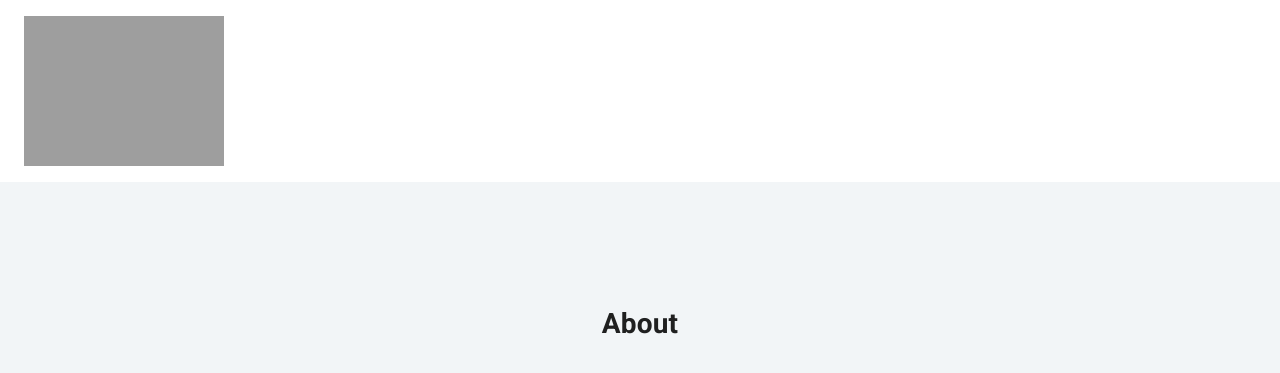
Repository: vinuvish/groundstandards_react
Page: /
An editor plug-in stored every save of this project. The page is shown before and after the next save, followed by the edit.
The browser window is 1280 px wide. The pictures show the whole page.
Pictures or frames that could not be fetched are drawn as grey boxes. The page's requests for data from a server got no answer. The project was rebuilt for these pictures with package versions that can differ from the ones it lists, and the page was loaded fresh each time. No one was signed in, and anything a server would have sent is missing. Also part of the build but not shown: src/pages/app/NotFoundPage.tsx, src/pages/app/SignUpPage.tsx, src/pages/app/AboutPage.tsx, src/pages/app/OurSolutionPage.tsx, src/pages/app/OurPartnerPage.tsx, src/pages/app/ResourcePage.tsx, src/pages/app/PressPage.tsx, src/pages/app/BlockPage.tsx and 1 more.

Above is the page before, as saved 2020-11-25 22:51:18.

### public/index.html
<!DOCTYPE html>
<html lang="en">
  <head>
    <meta charset="utf-8" />
    <link rel="icon" href="%PUBLIC_URL%/favicon.png" />
    <meta name="viewport" content="width=device-width, initial-scale=1" />
    <meta name="theme-color" content="#000000" />
    <meta name="description" content="Web site created using create-react-app" />
    <link rel="apple-touch-icon" href="%PUBLIC_URL%/logo192.png" />
    <link rel="stylesheet" href="https://fonts.googleapis.com/css?family=Roboto:300,400,500,700&display=swap" />
    <link rel="stylesheet" href="https://fonts.googleapis.com/icon?family=Material+Icons" />
    <!--
      manifest.json provides metadata used when your web app is installed on a
      user's mobile device or desktop. See https://developers.google.com/web/fundamentals/web-app-manifest/
    -->
    <link rel="manifest" href="%PUBLIC_URL%/manifest.json" />
    <!--
      Notice the use of %PUBLIC_URL% in the tags above.
      It will be replaced with the URL of the `public` folder during the build.
      Only files inside the `public` folder can be referenced from the HTML.

      Unlike "/favicon.ico" or "favicon.ico", "%PUBLIC_URL%/favicon.ico" will
      work correctly both with client-side routing and a non-root public URL.
      Learn how to configure a non-root public URL by running `npm run build`.
    -->
    <title>Ground Standard</title>
  </head>
  <body>
    <noscript>You need to enable JavaScript to run this app.</noscript>
    <div id="root"></div>
    <!--
      This HTML file is a template.
      If you open it directly in the browser, you will see an empty page.

      You can add webfonts, meta tags, or analytics to this file.
      The build step will place the bundled scripts into the <body> tag.

      To begin the development, run `npm start` or `yarn start`.
      To create a production bundle, use `npm run build` or `yarn build`.
    -->
  </body>
</html>

### src/App.tsx
import { CssBaseline, MuiThemeProvider, StylesProvider } from '@material-ui/core';
import { SnackbarProvider } from 'notistack';
import React from 'react';
import { theme } from './app_utils/MuiTheme';
import AppRouterRoutes from './AppRoutes';
import { useAppStore } from './models_stores/appStore';

function App() {
  const streamAuthUser = useAppStore((state) => state.streamAuthUser);
  const streamProducts = useAppStore((state) => state.streamDocuments);
  const streamCategories = useAppStore((state) => state.streamNotifications);
  const streamUsers = useAppStore((state) => state.streamUsers);

  React.useEffect(() => {
    streamAuthUser();
    streamCategories();
    streamUsers();
    streamProducts();
  }, []); // eslint-disable-line

  return (
    <SnackbarProvider maxSnack={3} anchorOrigin={{ vertical: 'bottom', horizontal: 'right' }}>
      <MuiThemeProvider theme={theme}>
        <CssBaseline />
        <StylesProvider injectFirst>
          <AppRouterRoutes></AppRouterRoutes>
        </StylesProvider>
      </MuiThemeProvider>
    </SnackbarProvider>
  );
}

export default App;

### src/app_utils/MuiTheme.tsx
import { createMuiTheme } from '@material-ui/core/styles';
import { BreakpointOverrides } from '@material-ui/core/styles/createBreakpoints';
import { Shadows } from '@material-ui/core/styles/shadows';

declare module '@material-ui/core/styles/createBreakpoints' {
  interface BreakpointOverrides {
    xs: true;
    sm: true;
    md: true;
    lg: true;
    xl: true;
    tablet: true;
    laptop: true;
    desktop: true;
  }
}

export const theme = createMuiTheme({
  breakpoints: {
    values: { xs: 0, sm: 600, md: 960, lg: 1280, xl: 1920, tablet: 400, laptop: 900, desktop: 1200 }
  },

  shadows: Array(25).fill('none') as Shadows,

  props: {
    MuiInput: { disableUnderline: true },
    MuiButton: { disableElevation: true },
    MuiButtonBase: { disableRipple: true },
    MuiPaper: { elevation: 0 },
    MuiCard: { elevation: 0 },
    MuiDivider: { color: 'white' },
    MuiOutlinedInput: {}
  },
  overrides: {
    MuiPaper: {
      root: {
        elevation: 0
      }
    },
    MuiCard: {
      root: {
        elevation: 0
      }
    },
    MuiButton: {
      root: {
        textTransform: 'capitalize'
      }
    }
  },
  palette: {
    background: {
      default: '#F2F5F7'
    }
  }
});

export const breakpoint = {
  xs: `(min-width: 0px)`,
  sm: `(min-width: 576px)`,
  md: `(min-width: 768px)`,
  lg: `(min-width: 992px)`,
  xl: `(min-width: 1200px)`
};

### src/AppRoutes.tsx
import { Container, createStyles, Grid, makeStyles, Theme } from '@material-ui/core';
import React from 'react';
import { Route, Router, Switch } from 'react-router-dom';
import ZAppBar from './components/ZAppBar';
import ZAppBarDrawer from './components/ZAppBarDrawer';
import NotFoundPage from './pages/app/NotFoundPage';
import SignUpPage from './pages/app/SignUpPage';
import history from './app_utils/History';
import AboutPage from './pages/app/AboutPage';
import OurSolutionPage from './pages/app/OurSolutionPage';
import OurPartnerPage from './pages/app/OurPartnerPage';
import ResourcePage from './pages/app/ResourcePage';
import PressPage from './pages/app/PressPage';
import BlockPage from './pages/app/BlockPage';
import ContactPage from './pages/app/ContactPage';
import AppHomePage from './pages/app/AppHomePage';

const AppRouterRoutes = () => {
  const classes = useStyles();

  return (
    <Router history={history}>

      <ZAppBar />
      <Switch>{[AppRoutes]}</Switch>
    </Router>


  );
};


const AppRoutes = [
  <Route exact path='/' component={AppHomePage} />,
  <Route exact path='/aboutUs' component={AboutPage} />,
  <Route exact path='/signUp' component={SignUpPage} />,
  <Route exact path='/ourSolution' component={OurSolutionPage} />,
  <Route exact path='/ourPartner' component={OurPartnerPage} />,
  <Route exact path='/resource' component={ResourcePage} />,
  <Route exact path='/press' component={PressPage} />,
  <Route exact path='/blog' component={BlockPage} />,
  <Route exact path='/contact' component={ContactPage} />,
  <Route component={NotFoundPage} />
];

const useStyles = makeStyles((theme: Theme) =>
  createStyles({
    grid: {
      display: 'flex'
    },
    containerAuthenticated: {
      margin: 'auto',
      marginTop: 68,
      padding: 20,
      width: `calc(100% - 240px)`,
      [theme.breakpoints.down('md')]: {
        width: '100%'
      }
    },
    containerUnauthenticated: {}
  })
);

export default AppRouterRoutes;

### src/models_stores/appStore.ts
import { mountStoreDevtool } from 'simple-zustand-devtools';
import create from 'zustand';
import { fireAuth, fireFirestore } from '../firebase/firebase';
import { AuthUser } from '../models/AuthUserModel';
import { DocumentModel } from '../models/DocumentModel';
import { NotificationModel } from '../models/NotificationModel';

type State = {
  documents: DocumentModel[];
  streamDocuments: () => void;

  notifications: NotificationModel[];
  streamNotifications: () => void;

  users: AuthUser[];
  streamUsers: () => void;

  isInitializing?: boolean;
  authUser: AuthUser | null;
  streamAuthUser: () => void;
};

export const useAppStore = create<State>((set, get) => ({
  /* ------------------------------ NOTE AUTHUSER ----------------------------- */
  isInitializing: true,
  authUser: null,

  streamAuthUser: () => {
    fireAuth.onAuthStateChanged(async (user) => {
      if (user) {
        const query = await fireFirestore.collection('users').doc(user.uid).get();

        const authUser = AuthUser.fromFirestore(query);

        set((state) => {
          return { ...state, authUser: authUser, isInitializing: false };
        });
      } else {
        set((state) => {
          return { ...state, authUser: null, isInitializing: false };
        });
      }
    });
  },

  /* ------------------------------ NOTE Users ----------------------------- */
  users: [],

  streamUsers: () => {
    if (get().users.length === 0)
      fireFirestore.collection('users').onSnapshot((querySnapshot: firebase.firestore.QuerySnapshot<firebase.firestore.DocumentData>) => {
        let users: AuthUser[] = [];
        querySnapshot.docs.forEach((docSnapshot) => {
          const res = AuthUser.fromFirestore(docSnapshot);
          if (res) users.push(res);
        });

        set((state) => {
          return { ...state, users: users };
        });
      });
  },
  /* ------------------------------ NOTE PRODUCTS ----------------------------- */
  documents: [],

  streamDocuments: () => {
    if (get().documents.length === 0)
      fireFirestore
        .collection('documents')
        .limit(200)
        .onSnapshot((querySnapshot: firebase.firestore.QuerySnapshot<firebase.firestore.DocumentData>) => {
          let documents: DocumentModel[] = [];

          querySnapshot.docs.forEach((docSnapshot) => {
            const res = DocumentModel.fromFirestore(docSnapshot);
            if (res) documents.push(res);
          });

          set((state) => {
            return { ...state, documents: documents };
          });
        });
  },

  notifications: [],
  streamNotifications: () => {
    if (get().notifications.length === 0)
      fireFirestore.collection('notifications').onSnapshot((querySnapshot: firebase.firestore.QuerySnapshot<firebase.firestore.DocumentData>) => {
        let notifications: NotificationModel[] = [];

        querySnapshot.docs.forEach((docSnapshot) => {
          const res = NotificationModel.fromFirestore(docSnapshot);
          if (res) notifications.push(res);
        });

        set((state) => {
          return { ...state, notifications: notifications };
        });
      });
  }
}));

if (process.env.NODE_ENV === 'development') {
  mountStoreDevtool('Store', useAppStore);
}

### src/components/ZAppBar.tsx
import AppBar from '@material-ui/core/AppBar';
import Badge from '@material-ui/core/Badge';
import IconButton from '@material-ui/core/IconButton';
import Menu from '@material-ui/core/Menu';
import MenuItem from '@material-ui/core/MenuItem';
import { createStyles, makeStyles, Theme } from '@material-ui/core/styles';
import Toolbar from '@material-ui/core/Toolbar';
import Typography from '@material-ui/core/Typography';
import AccountCircle from '@material-ui/icons/AccountCircle';
import MailIcon from '@material-ui/icons/Mail';
import MenuIcon from '@material-ui/icons/Menu';
import MoreIcon from '@material-ui/icons/MoreVert';
import NotificationsIcon from '@material-ui/icons/Notifications';
import React from 'react';
import { fireFirebase } from '../firebase/firebase';
import ZAppBarDrawerTemp from './ZAppBarDrawerTemp';
import history from '../app_utils/History';

export default function ZAppBar() {
  const classes = useStyles();
  const [drawerTemporary, setDrawerTemporary] = React.useState(false);
  const [anchorEl, setAnchorEl] = React.useState<null | HTMLElement>(null);
  const [mobileMoreAnchorEl, setMobileMoreAnchorEl] = React.useState<null | HTMLElement>(null);

  const isMenuOpen = Boolean(anchorEl);
  const isMobileMenuOpen = Boolean(mobileMoreAnchorEl);

  const handleTemporaryDrawer = () => {
    setDrawerTemporary((prev) => !prev);
  };

  const handleProfileMenuOpen = (event: React.MouseEvent<HTMLElement>) => {
    setAnchorEl(event.currentTarget);
  };

  const handleMobileMenuClose = () => {
    setMobileMoreAnchorEl(null);
  };

  const handleMenuClose = () => {
    setAnchorEl(null);
    handleMobileMenuClose();
  };

  const handleMobileMenuOpen = (event: React.MouseEvent<HTMLElement>) => {
    setMobileMoreAnchorEl(event.currentTarget);
  };

  const signOut = async () => {
    await fireFirebase.auth().signOut();
    history.push('/signIn');
  };

  const menuId = 'primary-search-account-menu';
  const renderMenu = (
    <Menu
      anchorEl={anchorEl}
      anchorOrigin={{ vertical: 'top', horizontal: 'right' }}
      id={menuId}
      keepMounted
      transformOrigin={{ vertical: 'top', horizontal: 'right' }}
      open={isMenuOpen}
      onClose={handleMenuClose}
    >
      <MenuItem
        onClick={() => {
          handleMenuClose();
          signOut();
        }}
      >
        Sign Out
      </MenuItem>
    </Menu>
  );

  const mobileMenuId = 'primary-search-account-menu-mobile';
  const renderMobileMenu = (
    <Menu
      anchorEl={mobileMoreAnchorEl}
      anchorOrigin={{ vertical: 'top', horizontal: 'right' }}
      id={mobileMenuId}
      keepMounted
      transformOrigin={{ vertical: 'top', horizontal: 'right' }}
      open={isMobileMenuOpen}
      onClose={handleMobileMenuClose}
    >
      <MenuItem>
        <IconButton aria-label='show 4 new mails' color='inherit'>
          <Badge badgeContent={4} color='secondary'>
            <MailIcon />
          </Badge>
        </IconButton>
        <p>Messages</p>
      </MenuItem>
      <MenuItem>
        <IconButton aria-label='show 11 new notifications' color='inherit'>
          <Badge badgeContent={11} color='secondary'>
            <NotificationsIcon />
          </Badge>
        </IconButton>
        <p>Notifications</p>
      </MenuItem>
      <MenuItem onClick={handleProfileMenuOpen}>
        <IconButton aria-label='account of current user' aria-controls='primary-search-account-menu' aria-haspopup='true' color='inherit'>
          <AccountCircle />
        </IconButton>
        <p>Profile</p>
      </MenuItem>
    </Menu>
  );

  return (
    <div className={classes.grow}>
      <AppBar className={classes.appBar} position='fixed' elevation={2} color="inherit">
        <Toolbar className={classes.toolBar} >
          <img src="http://groundstandards.com/wp-content/uploads/GS-logo-300.png" alt="logo" className={classes.logo} />


        </Toolbar>


      </AppBar>

    </div>
  );
}

const useStyles = makeStyles((theme: Theme) =>
  createStyles({
    appBar: {
      zIndex: theme.zIndex.drawer + 1
    },
    grow: {
      flexGrow: 1
    },
    menuButton: {
      display: 'none',
      marginRight: theme.spacing(2),
      [theme.breakpoints.down('md')]: {
        display: 'flex'
      }
    },
    title: {
      display: 'block'
    },

    content: {
      flexGrow: 1,
      padding: theme.spacing(3)
    },
    sectionDesktop: {
      display: 'flex',
      [theme.breakpoints.down('md')]: {
        display: 'none'
      }
    },
    sectionMobile: {
      display: 'none',
      [theme.breakpoints.down('md')]: {
        display: 'flex'
      }
    },
    logo: {
      maxWidth: 200,
    },
    toolBar: {
      minHeight: 100,
      alignItems: 'flex',
      paddingTop: theme.spacing(2),
      paddingBottom: theme.spacing(2),
      marginRight: theme.spacing(5),
    }
  })
);

### src/app_utils/History.tsx
import { createBrowserHistory } from 'history';
export default createBrowserHistory({});

### src/pages/app/AppHomePage.tsx

import * as React from 'react';
import { makeStyles, Theme } from '@material-ui/core/styles';

interface Props { }

const AppHomePage: React.FC<Props> = () => {
    const classes = useStyles();
    return <div
        style={{
            display: 'flex',
            justifyContent: 'center',
            alignItems: 'center',
            height: '90vh'
        }}
    >
        <h1>About</h1>
    </div>
};

const useStyles = makeStyles((theme: Theme) => ({
    root: {}
}));

AppHomePage.defaultProps = {};

export default AppHomePage;

### src/firebase/firebase.tsx
import firebase from 'firebase/app';
import 'firebase/firestore';
import 'firebase/auth';
import 'firebase/storage';

const firebaseConfig = {
  apiKey: 'AIzaSyBWf1JYtcld5rEhou2YyANxAtl20AylP80',
  authDomain: 'groundstandards-8a1dd.firebaseapp.com',
  databaseURL: 'https://groundstandards-8a1dd.firebaseio.com',
  projectId: 'groundstandards-8a1dd',
  storageBucket: 'groundstandards-8a1dd.appspot.com',
  messagingSenderId: '137110708999',
  appId: '1:137110708999:web:ab0b42be7878425a805ba2',
  measurementId: 'G-V8H0LZB9DH'
};

if (!firebase.apps.length) firebase.initializeApp(firebaseConfig);

const firestore = firebase.firestore();
const auth = firebase.auth();

export { firebase as fireFirebase, firestore as fireFirestore, auth as fireAuth };

### src/models/AuthUserModel.ts
export class AuthUser implements IAuthUser {
  email: string;
  firstName: string;
  id: string;
  lastName: string;
  isActive: boolean;
  isAdmin: boolean;
  timestampAdded: Date;
  timestampLastLogin: Date;

  constructor(x: IAuthUser) {
    this.email = x.email;
    this.firstName = x.firstName;
    this.id = x.id;
    this.lastName = x.lastName;
    this.isActive = x.isActive;
    this.isAdmin = x.isAdmin;
    this.timestampAdded = x.timestampAdded;
    this.timestampLastLogin = x.timestampLastLogin;
  }

  static fromFirestore(doc: firebase.firestore.DocumentSnapshot<firebase.firestore.DocumentData>): AuthUser | null {
    const data = doc.data();
    if (!data) return null;

    return new AuthUser({
      email: data['email'] ?? '',
      firstName: data['firstName'] ?? '',
      id: doc.id,
      lastName: data['lastName'] ?? '',
      isActive: data['isActive'] ?? true,
      isAdmin: data['isAdmin'] ?? false,
      timestampAdded: data['timestampAdded']?.toDate() ?? new Date(),
      timestampLastLogin: data['timestampLastLogin']?.toDate() ?? new Date()
    });
  }

  getFullName(): string {
    return `${this.firstName} ${this.lastName}`;
  }
}

interface IAuthUser {
  email: string;
  firstName: string;
  id: string;
  lastName: string;
  isActive: boolean;
  isAdmin: boolean;
  timestampAdded: Date;
  timestampLastLogin: Date;
}
export interface IAuthUserRegister {
  email: string;
  firstName: string;
  lastName: string;
  password: string;
  isAdmin: boolean;
}

export interface IAuthUserUpdate {
  id: string;
  firstName: string;
  lastName: string;
  isActive: boolean;
  isAdmin: boolean;
}

### src/models/DocumentModel.ts
export class DocumentModel implements IEventModel {
  driversLicenseFront: DocumentItem | null;
  driversLicenseBack: DocumentItem | null;
  driversInsuranceCardFront: DocumentItem | null;
  driversInsuranceCardBack: DocumentItem | null;
  driversVehicleRegistrationFront: DocumentItem | null;
  driversVehicleRegistrationBack: DocumentItem | null;
  driversTaxiLimousineIdFront: DocumentItem | null;
  driversTaxiLimousineIdBack: DocumentItem | null;
  driversPicture: DocumentItem | null;
  id: string;
  uid: string;
  email: string;
  firstName: string;
  lastName: string;
  timestampCreated: Date;
  state: string;
  note: string;

  constructor(x: IEventModel) {
    {
      this.driversInsuranceCardBack = x.driversInsuranceCardBack;
      this.driversInsuranceCardFront = x.driversInsuranceCardFront;
      this.driversLicenseBack = x.driversLicenseBack;
      this.driversLicenseFront = x.driversLicenseFront;
      this.driversPicture = x.driversPicture;
      this.driversTaxiLimousineIdBack = x.driversTaxiLimousineIdBack;
      this.driversTaxiLimousineIdFront = x.driversTaxiLimousineIdFront;
      this.driversVehicleRegistrationBack = x.driversVehicleRegistrationBack;
      this.driversVehicleRegistrationFront = x.driversVehicleRegistrationFront;
      this.email = x.email;
      this.firstName = x.firstName;
      this.id = x.id;
      this.lastName = x.lastName;
      this.note = x.note;
      this.state = x.state;
      this.timestampCreated = x.timestampCreated;
      this.uid = x.uid;
    }
  }

  getFullName(): string {
    return `${this.firstName} ${this.lastName}`;
  }

  getTotalDocuments(): string {
    let totaldocuments = 0;
    if (this.driversInsuranceCardBack?.imageUrl) totaldocuments += 1;
    if (this.driversInsuranceCardFront?.imageUrl) totaldocuments += 1;
    if (this.driversLicenseBack?.imageUrl) totaldocuments += 1;
    if (this.driversLicenseFront?.imageUrl) totaldocuments += 1;
    if (this.driversTaxiLimousineIdBack?.imageUrl) totaldocuments += 1;
    if (this.driversTaxiLimousineIdFront?.imageUrl) totaldocuments += 1;
    if (this.driversVehicleRegistrationBack?.imageUrl) totaldocuments += 1;
    if (this.driversVehicleRegistrationFront?.imageUrl) totaldocuments += 1;
    if (this.driversPicture?.imageUrl) totaldocuments += 1;
    return `${totaldocuments}/9 documents`;
  }

  static fromFirestore(doc: firebase.firestore.DocumentSnapshot<firebase.firestore.DocumentData>): DocumentModel | null {
    const data = doc.data();
    if (!data) return null;
    return new DocumentModel({
      id: doc.id,
      driversInsuranceCardBack: DocumentItem.fromMap(data['driversInsuranceCardBack']),
      driversInsuranceCardFront: DocumentItem.fromMap(data['driversInsuranceCardFront']),
      driversLicenseBack: DocumentItem.fromMap(data['driversLicenseBack']),
      driversLicenseFront: DocumentItem.fromMap(data['driversLicenseFront']),
      driversPicture: DocumentItem.fromMap(data['driversPicture']),
      driversTaxiLimousineIdBack: DocumentItem.fromMap(data['driversTaxiLimousineIdBack']),
      driversTaxiLimousineIdFront: DocumentItem.fromMap(data['driversTaxiLimousineIdFront']),
      driversVehicleRegistrationBack: DocumentItem.fromMap(data['driversVehicleRegistrationBack']),
      driversVehicleRegistrationFront: DocumentItem.fromMap(data['driversVehicleRegistrationFront']),
      email: data['email'],
      firstName: data['firstName'],
      lastName: data['lastName'],
      note: data['note'],
      state: data['state'],
      timestampCreated: data['timestampCreated'].toDate() ?? new Date(),
      uid: data['uid']
    });
  }
}

interface IEventModel {
  driversLicenseFront: DocumentItem | null;
  driversLicenseBack: DocumentItem | null;
  driversInsuranceCardFront: DocumentItem | null;
  driversInsuranceCardBack: DocumentItem | null;
  driversVehicleRegistrationFront: DocumentItem | null;
  driversVehicleRegistrationBack: DocumentItem | null;
  driversTaxiLimousineIdFront: DocumentItem | null;
  driversTaxiLimousineIdBack: DocumentItem | null;
  driversPicture: DocumentItem | null;
  id: string;
  uid: string;
  email: string;
  firstName: string;
  lastName: string;
  timestampCreated: Date;
  state: string;
  note: string;
}

class DocumentItem implements IDocumentItem {
  isVerified: boolean;
  isRejected: boolean;
  imageUrl: string;
  timestampCreated: Date;

  constructor(x: IDocumentItem) {
    this.isRejected = x.isRejected;
    this.isVerified = x.isVerified;
    this.imageUrl = x.imageUrl;
    this.timestampCreated = x.timestampCreated;
  }

  toMap() {
    return {
      isVerified: this.isVerified,
      isRejected: this.isRejected,
      imageUrl: this.imageUrl,
      timestampCreated: this.timestampCreated
    };
  }

  static fromMap(map: any) {
    if (map == null) return null;

    return new DocumentItem({
      isVerified: map['isVerified'],
      isRejected: map['isRejected'],
      imageUrl: map['imageUrl'],
      timestampCreated: map['timestampCreated']?.toDate() ?? new Date()
    });
  }
}

interface IDocumentItem {
  isVerified: boolean;
  isRejected: boolean;
  imageUrl: string;
  timestampCreated: Date;
}

### src/models/NotificationModel.ts
export class NotificationModel implements IEventModel {
  body: string;
  title: string;
  linkUrl: string;
  id: string;
  timestampAdded: Date;

  constructor(x: IEventModel) {
    {
      this.id = x.id;
      this.linkUrl = x.linkUrl;
      this.body = x.body;
      this.timestampAdded = x.timestampAdded;
      this.title = x.title;
    }
  }

  static fromFirestore(doc: firebase.firestore.DocumentSnapshot<firebase.firestore.DocumentData>): NotificationModel | null {
    const data = doc.data();
    if (!data) return null;
    return new NotificationModel({
      body: data['body'] ?? '',
      id: doc.id,
      linkUrl: data['linkUrl'] ?? '',
      timestampAdded: data['timestampAdded']?.toDate() ?? Date.now(),
      title: data['title'] ?? ''
    });
  }
}

interface IEventModel {
  body: string;
  title: string;
  linkUrl: string;
  id: string;
  timestampAdded: Date;
}

Loaded but not shown: src/index.tsx (common file); src/styles/index.css (common file)

After the next save:
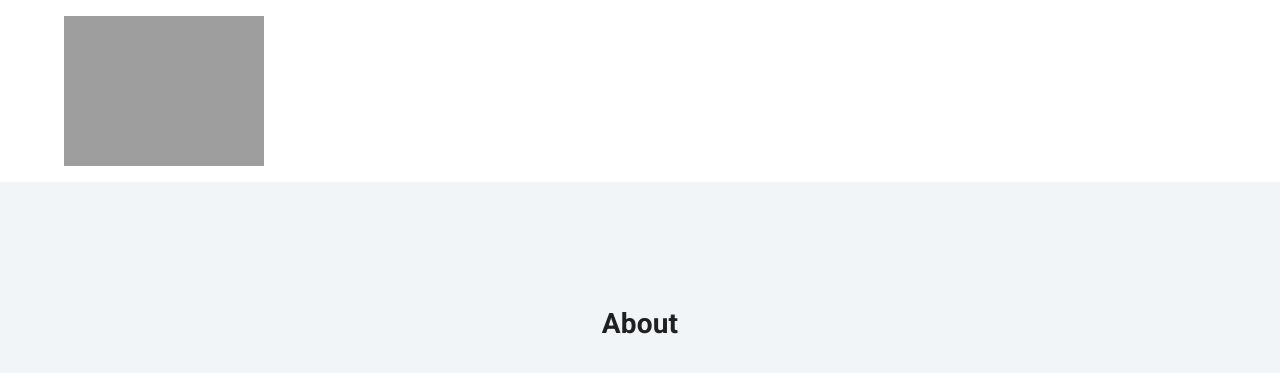
Saved 24 s later.
--- a/src/components/ZAppBar.tsx
+++ b/src/components/ZAppBar.tsx
@@ -168,7 +168,7 @@ const useStyles = makeStyles((theme: Theme) =>
       alignItems: 'flex',
       paddingTop: theme.spacing(2),
       paddingBottom: theme.spacing(2),
-      marginRight: theme.spacing(5),
+      marginLeft: theme.spacing(5),
     }
   })
 );
